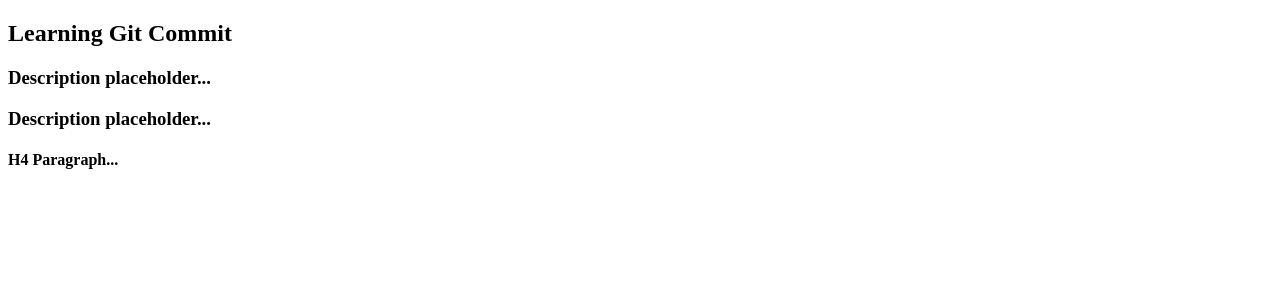
Repository: raksmeycoding/learn-git-command-and-test
Page: index.html
The author's editor kept a copy of each file at every save. The page is drawn from the files as they stood at one save, then again after the next save.
The browser window is 1280 px wide. The pictures show the whole page.

Above is the page before, as saved 2024-01-04 23:26:40.

After the next save:
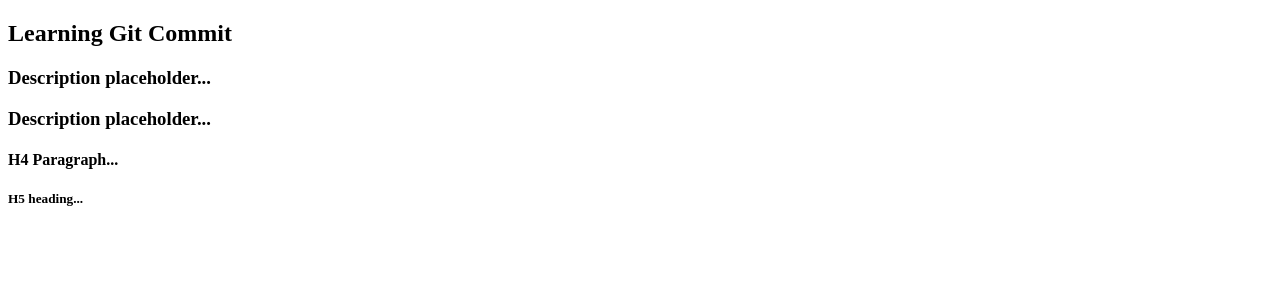
Saved 3 min 57 s later.
--- a/index.html
+++ b/index.html
@@ -13,5 +13,6 @@
     <h3>Description placeholder...</h3>
     <h3>Description placeholder...</h3>
     <h4>H4 Paragraph...</h4>
+    <h5>H5 heading...</h5>
   </body>
 </html>
